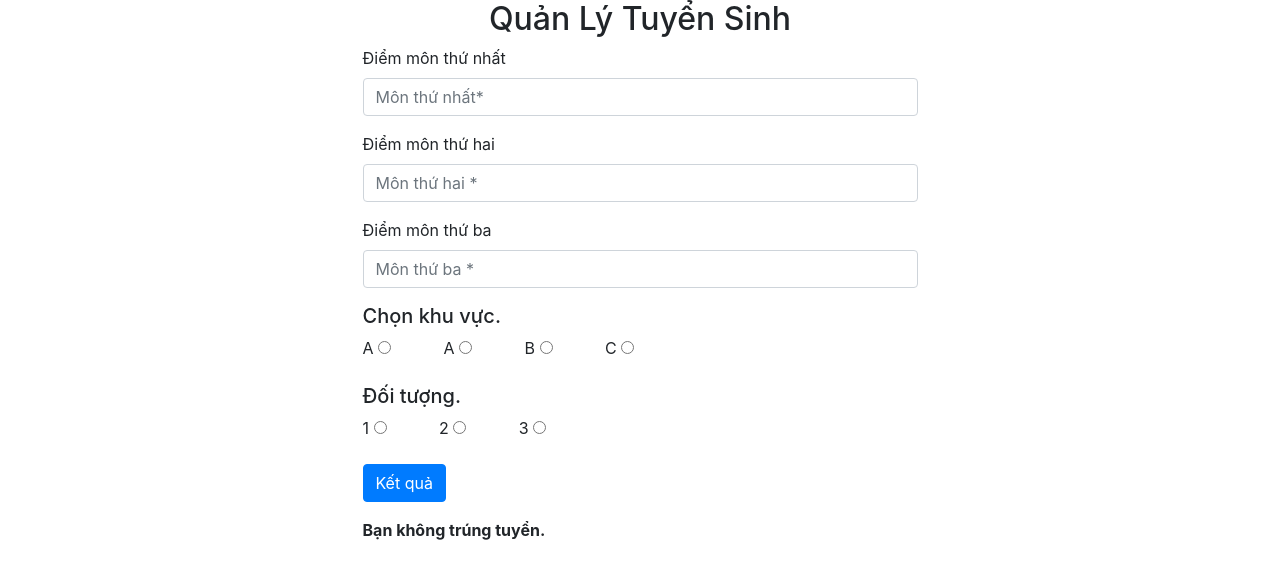
Repository: dovanthao2404/BC14_BaiTap_JS_Buoi_5_dovanthao
Page: html/bai1.html
These files come from the project's save history. The page is drawn as it stood at one moment and after the next save; the edit follows.
The browser window is 1280 px wide. The pictures show the whole page.

Above is the page before, as saved 2021-07-03 20:18:11.

### html/bai1.html
<!DOCTYPE html>
<html lang="en">

<head>
  <meta charset="UTF-8">
  <meta http-equiv="X-UA-Compatible" content="IE=edge">
  <meta name="viewport" content="width=device-width, initial-scale=1.0">
  <title>Document</title>

  <link rel="stylesheet" href="https://cdn.jsdelivr.net/npm/bootstrap@4.6.0/dist/css/bootstrap.min.css"
    integrity="sha384-B0vP5xmATw1+K9KRQjQERJvTumQW0nPEzvF6L/Z6nronJ3oUOFUFpCjEUQouq2+l" crossorigin="anonymous">
</head>

<body>

  <div class="container">
    <div class="admissions-manager">
      <form class="w-50 mx-auto">
        <h2 class="text-center">Quản Lý Tuyển Sinh</h2>
        <div class="form-group">
          <label for="scores-1">Điểm môn thứ nhất</label>
          <input class="form-control" type="text" placeholder="Môn thứ nhất*" id="scores-1">
          <span class="text-danger"></span>
        </div>
        <div class="form-group">
          <label for="scores-2">Điểm môn thứ hai</label>
          <input class="form-control" type="text" placeholder="Môn thứ hai *" id="scores-2">
          <span></span>
        </div>
        <div class="form-group">
          <label for="scores-3">Điểm môn thứ ba</label>
          <input class="form-control" type="text" placeholder="Môn thứ ba *" id="scores-3">
          <span></span>
        </div>
        <div class="form-group">
          <h5 for="scores-3">Chọn khu vực.</h5>
          <label for="area">A</label>
          <input id="areaA" name="area" class="mr-5" type="radio">
          <label for="areaA">A</label>
          <input id="areaA" name="area" class="mr-5" type="radio">
          <label for="areaB">B</label>
          <input id="areaB" name="area" class="mr-5" type="radio">
          <label for="areaC">C</label>
          <input id="areaC" name="area" class="mr-5" type="radio">
          <p></p>
        </div>


        <div class="form-group">
          <h5 for="scores-3">Đối tượng.</h5>
          <label for="object-1">1</label>
          <input id="object-1" name="object" class="mr-5" type="radio">
          <label for="object-2">2</label>
          <input id="object-2" name="object" class="mr-5" type="radio">
          <label for="object-3">3</label>
          <input id="object-3" name="object" class="mr-5" type="radio">
          <p></p>
        </div>
        <button id="result" type="button" class="btn btn-primary">Kết quả</button>
      </form>
      <div class="mt-3 w-50 mx-auto">
        <b id="showResult">Bạn không trúng tuyển.</b>
      </div>
    </div>
  </div>
</body>

</html>

After the next save:
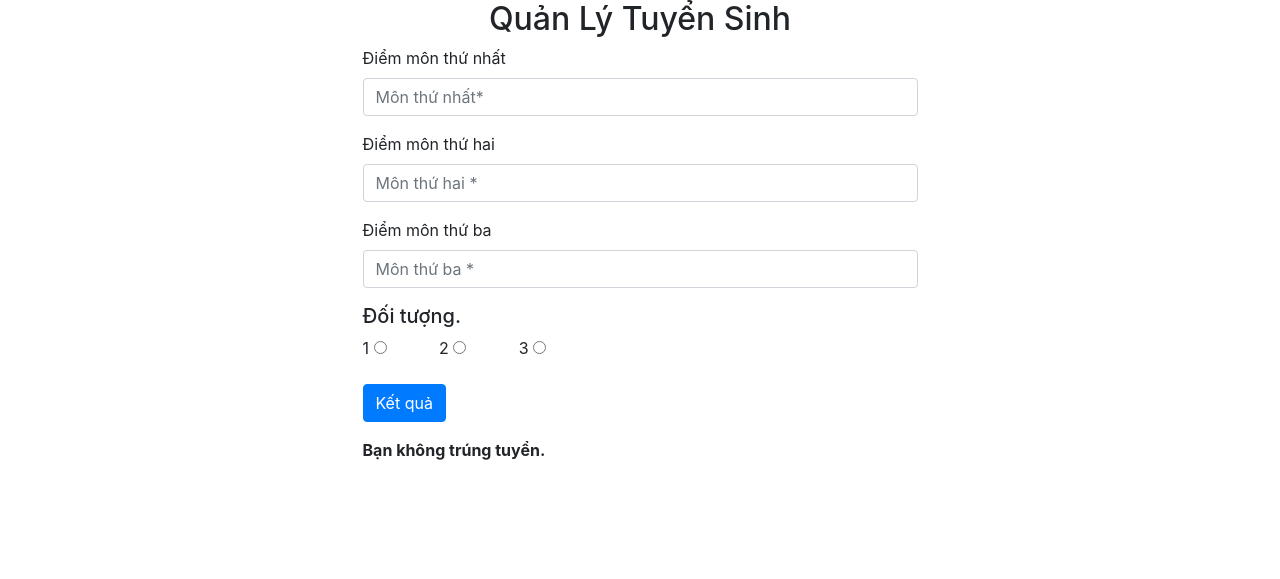
Saved 8 s later.
--- a/html/bai1.html
+++ b/html/bai1.html
@@ -33,16 +33,7 @@
           <span></span>
         </div>
         <div class="form-group">
-          <h5 for="scores-3">Chọn khu vực.</h5>
-          <label for="area">A</label>
-          <input id="areaA" name="area" class="mr-5" type="radio">
-          <label for="areaA">A</label>
-          <input id="areaA" name="area" class="mr-5" type="radio">
-          <label for="areaB">B</label>
-          <input id="areaB" name="area" class="mr-5" type="radio">
-          <label for="areaC">C</label>
-          <input id="areaC" name="area" class="mr-5" type="radio">
-          <p></p>
+
         </div>
 
 
